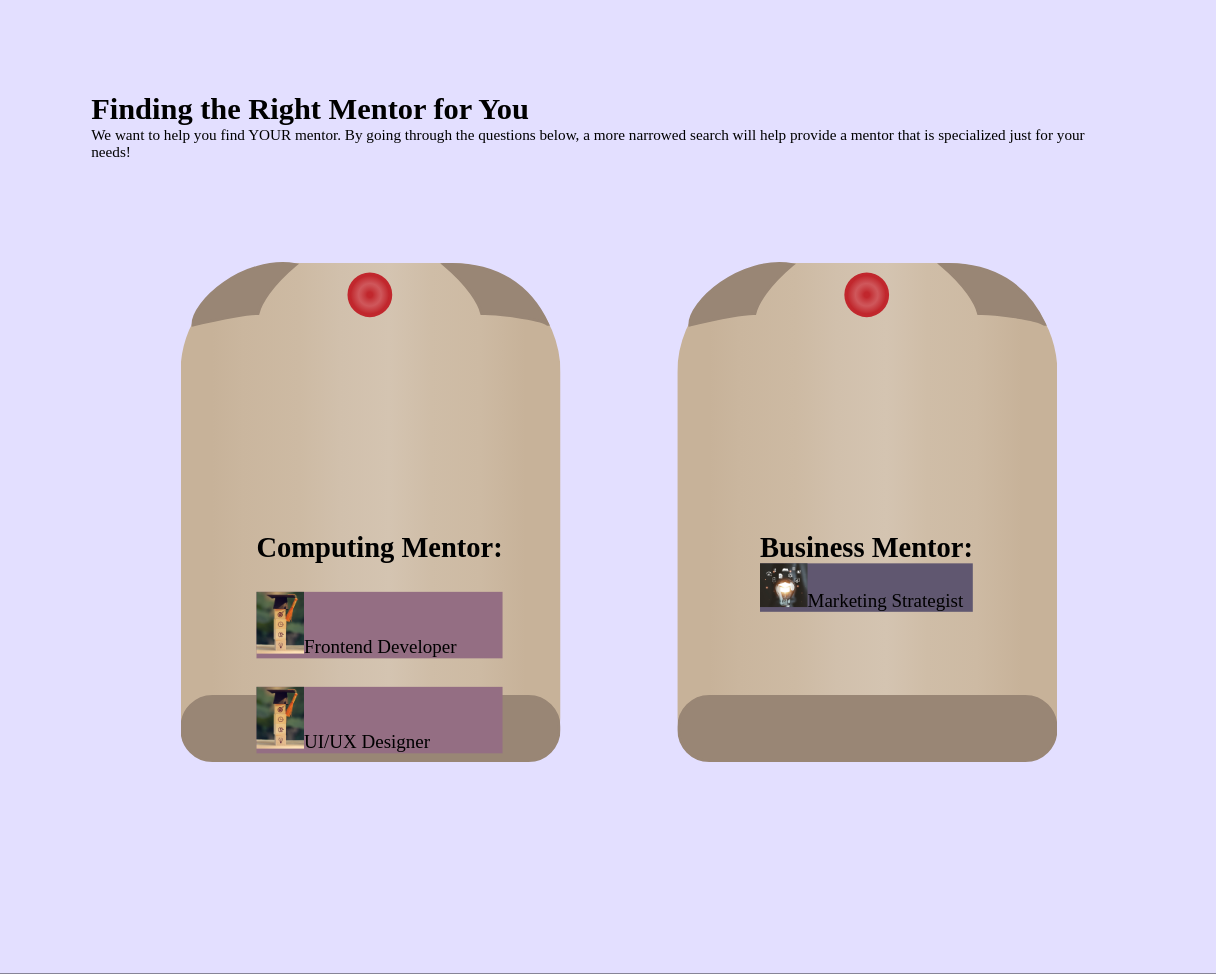
Repository: anikagrewal/week3example
Page: /about
An editor plug-in stored every save of this project. The page is shown before and after the next save, followed by the edit.
The browser window is 1280 px wide. The pictures show the whole page, at 95% of full size.
The project was rebuilt for these pictures with package versions that can differ from the ones it lists, and the page was loaded fresh each time. The framework's server and built-in components were replaced by stand-ins that run in the browser. Also part of the build but not shown: next.config.js.

Above is the page before, as saved 2023-01-23 14:27:09.

### pages/about.js
import Head from 'next/head'
import Image from 'next/image'
import { Inter } from '@next/font/google'
import styles from '@/styles/About.module.css'
import data from '../data/workplace.json'
import { useState } from 'react'
import CardEmployee from '../components/CardEmployee'

const inter = Inter({ subsets: ['latin'] })

console.log(data);
export default function About() {

    const [information, setInformation] = useState([...data])

    return (
        <>
        <Head>
        <title>About Page</title>
        <meta name="description" content="Generated by create next app" />
        <meta name="viewport" content="width=device-width, initial-scale=1" />
        <link rel="icon" href="/favicon.ico" />
      </Head>
      <main className={styles.main}>

      <header className={styles.headerstyle}>
        <h1>Finding the Right Mentor for You</h1>
        <p>We want to help you find YOUR mentor. By going through the questions below, a more narrowed search will help provide a mentor that is specialized just for your needs!</p>
      </header>


        <div className={styles.grid}>
        <div className={styles.gridlayout}>
        <div>
          <div className={styles.comlay}>
        <h2 className={styles.busdeg}>Computing Mentor: </h2>
        {information && information.map((info, index) => {
          if(info.graduate === "computing") {
            return (
              <div key={index}>
                <CardEmployee role={info.role} colour="#946E83" font="20px"/>
              </div>
            )
          }


        })}
       </div>

<div className={styles.buslay}>
        <div>
        <h2 className={styles.busdeg}>Business Mentor: </h2>
        {information && information.map((info, index) => {
          if(info.graduate === "business") {
            return (
              <div key={index}>
                <CardEmployee role={info.role} colour="#605770" font="20px"/>
              </div>
            )
          }


})}
</div>
</div>
</div>

<div className={styles.scrolls}>
<Image
className={styles.scrollone}
width={400}
height={600}
src={'vector/mentor.svg'}
/>
<Image
className={styles.scrolltwo}
width={400}
height={600}
src={'vector/mentor.svg'}
/>
</div>
</div>
</div>
</main>
</>
    )
}

### styles/globals.css
:root {
  --max-width: 1100px;
  --border-radius: 12px;
  --font-mono: ui-monospace, Menlo, Monaco, 'Cascadia Mono', 'Segoe UI Mono',
    'Roboto Mono', 'Oxygen Mono', 'Ubuntu Monospace', 'Source Code Pro',
    'Fira Mono', 'Droid Sans Mono', 'Courier New', monospace;

  --foreground-rgb: #E3DFFF;
  --background-start-rgb: #E3DFFF;
  --background-end-rgb: #E3DFFF;
  --background-body-color: #E3DFFF;

  --primary-glow: conic-gradient(
    from 180deg at 50% 50%,
    #16abff33 0deg,
    #0885ff33 55deg,
    #54d6ff33 120deg,
    #0071ff33 160deg,
    transparent 360deg
  );
  --secondary-glow: radial-gradient(
    rgba(#E3DFFF, 1),
    rgba(#E3DFFF, 0)
  );

  --tile-start-rgb: 239, 245, 249;
  --tile-end-rgb: 228, 232, 233;
  --tile-border: conic-gradient(
    #00000080,
    #00000040,
    #00000030,
    #00000020,
    #00000010,
    #00000010,
    #00000080
  );

  --callout-rgb: #E3DFFF;
  --callout-border-rgb: 172, 175, 176;
  --card-rgb: 180, 185, 188;
  --card-border-rgb: 131, 134, 135;
}

@media (prefers-color-scheme: light) {
  :root {
    --foreground-rgb: #E3DFFF;
    --background-start-rgb: 0, 0, 0;
    --background-end-rgb: 0, 0, 0;

    --primary-glow: radial-gradient(rgba(1, 65, 255, 0.4), rgba(1, 65, 255, 0));
    --secondary-glow: linear-gradient(
      to bottom right,
      rgba(1, 65, 255, 0),
      rgba(1, 65, 255, 0),
      rgba(1, 65, 255, 0.3)
    );

    --tile-start-rgb: 2, 13, 46;
    --tile-end-rgb: 2, 5, 19;
    --tile-border: conic-gradient(
      #ffffff80,
      #ffffff40,
      #ffffff30,
      #ffffff20,
      #ffffff10,
      #ffffff10,
      #ffffff80
    );

    --callout-rgb: 20, 20, 20;
    --callout-border-rgb: 108, 108, 108;
    --card-rgb: 100, 100, 100;
    --card-border-rgb: 200, 200, 200;
  }
}

* {
  box-sizing: border-box;
  padding: 0;
  margin: 0;
}

html,
body {
  max-width: 100vw;
  overflow-x: hidden;
}

body {
  color: rgb(var(--foreground-rgb));
  background: linear-gradient(
      to bottom,
      transparent,
      rgb(var(--background-end-rgb))
    )
    rgb(var(--background-start-rgb));
}

a {
  color: inherit;
  text-decoration: none;
}

@media (prefers-color-scheme: dark) {
  html {
    color-scheme: light;
  }
}

### styles/About.module.css
.main {
    display: flex;
    flex-direction: column;
    justify-content: space-between;
    align-items: center;
    padding: 6rem;
    min-height: 100vh;
    background-color: var(--background-body-color);
  }

  .description {
    display: inherit;
    justify-content: inherit;
    align-items: inherit;
    font-size: 0.85rem;
    max-width: var(--max-width);
    width: 100%;
    z-index: 2;
    font-family: var(--font-mono);
  }

  .description a {
    display: flex;
    justify-content: center;
    align-items: center;
    gap: 0.5rem;
  }

  .description p {
    position: relative;
    margin: 0;
    padding: 1rem;
    background-color: rgba(var(--callout-rgb), 0.5);
    border: 1px solid rgba(var(--callout-border-rgb), 0.3);
    border-radius: var(--border-radius);
  }

  .code {
    font-weight: 700;
    font-family: var(--font-mono);
  }

  .grid {
    display: grid;
    grid-template-columns: (4, minmax(25%, auto));
    width: var(--max-width);
    max-width: 100%;
    justify-content: center;
  }

  .gridlayout {
    display: flex;
    flex-direction: column;
   gap: 70px;
  }

  .card {
    padding: 1rem 1.2rem;
    border-radius: var(--border-radius);
    background: rgba(var(--card-rgb), 0);
    border: 1px solid rgba(var(--card-border-rgb), 0);
    transition: background 200ms, border 200ms;
  }

  .card span {
    display: inline-block;
    transition: transform 200ms;
  }

  .card h2 {
    font-weight: 600;
    margin-bottom: 0.7rem;
  }

  .card p {
    margin: 0;
    opacity: 0.6;
    font-size: 0.9rem;
    line-height: 1.5;
    max-width: 30ch;
  }


  .headerstyles {
    padding: 40%;
  }


  .busdeg {
    display: flex;
    justify-content: center;
  }

  .compdeg {
    display: flex;
    justify-content: center;
  }

  .button {
    width: 150px;
    height: 50px;
    border-radius: 5px;
    font-size: 20px;
  }

  .comlay {
    margin-top: 390px;
  margin-left: 80px;
  position: absolute;
  z-index: 4;
  font-size: 20px;
  }

  .comlay {
    display: flex;
    flex-direction: column;
    gap: 30px;
  }

  .buslay {
    margin-top: 390px;
  margin-left: 610px;
  position: absolute;
  z-index: 4;
  font-size: 20px;
  }

 .scrolls {
  display: flex;
  justify-content: center;
  flex-direction: row;
  gap: 100px;
 }

  .scrollone {
    display: flex;
    justify-content: center;
    align-items: center;
    position: relative;
    z-index: 1;
    margin-left: 2.5%;
    margin-bottom: 10%;

  }

  .scrolltwo {
    display: flex;
    justify-content: center;
    align-items: center;
    position: relative;
    z-index: 1;
    margin-left: 2.5%;
    margin-bottom: 10%;

  }

  /* Conic Gradient Animation */
  .thirteen::before {
    animation: 6s rotate linear infinite;
    width: 200%;
    height: 200%;
    background: var(--tile-border);
  }

  /* Inner Square */
  .thirteen::after {
    inset: 0;
    padding: 1px;
    border-radius: var(--border-radius);
    background: linear-gradient(
      to bottom right,
      rgba(var(--tile-start-rgb), 1),
      rgba(var(--tile-end-rgb), 1)
    );
    background-clip: content-box;
  }

  /* Enable hover only on non-touch devices */
  @media (hover: hover) and (pointer: fine) {
    .card:hover {
      background: rgba(var(--card-rgb), 0.1);
      border: 1px solid rgba(var(--card-border-rgb), 0.15);
    }

    .card:hover span {
      transform: translateX(4px);
    }
  }

  @media (prefers-reduced-motion) {
    .thirteen::before {
      animation: none;
    }

    .card:hover span {
      transform: none;
    }
  }

  /* Mobile */
  @media (max-width: 700px) {
    .content {
      padding: 4rem;
    }

    .grid {
      grid-template-columns: 1fr;
      margin-bottom: 120px;
      max-width: 320px;
      text-align: center;
    }

    .card {
      padding: 1rem 2.5rem;
    }

    .card h2 {
      margin-bottom: 0.5rem;
    }

    .center {
      padding: 8rem 0 6rem;
    }

    .center::before {
      transform: none;
      height: 300px;
    }

    .description {
      font-size: 0.8rem;
    }

    .description a {
      padding: 1rem;
    }

    .description p,
    .description div {
      display: flex;
      justify-content: center;
      position: fixed;
      width: 100%;
    }

    .description p {
      align-items: center;
      inset: 0 0 auto;
      padding: 2rem 1rem 1.4rem;
      border-radius: 0;
      border: none;
      border-bottom: 1px solid rgba(var(--callout-border-rgb), 0.25);
      background: linear-gradient(
        to bottom,
        rgba(var(--background-start-rgb), 1),
        rgba(var(--callout-rgb), 0.5)
      );
      background-clip: padding-box;
      backdrop-filter: blur(24px);
    }

    .description div {
      align-items: flex-end;
      pointer-events: none;
      inset: auto 0 0;
      padding: 2rem;
      height: 200px;
      background: linear-gradient(
        to bottom,
        transparent 0%,
        rgb(var(--background-end-rgb)) 40%
      );
      z-index: 1;
    }
  }

  /* Tablet and Smaller Desktop */
  @media (min-width: 701px) and (max-width: 1120px) {
    .grid {
      grid-template-columns: repeat(2, 50%);
    }
  }

  @media (prefers-color-scheme: dark) {
    .vercelLogo {
      filter: invert(1);
    }

    .logo,
    .thirteen img {
      filter: invert(1) drop-shadow(0 0 0.3rem #ffffff70);
    }
  }

  @keyframes rotate {
    from {
      transform: rotate(360deg);
    }
    to {
      transform: rotate(0deg);
    }
  }

### data/workplace.json
[
    {
    "employeeNumber": "E2345",
    "firstName": "Joe",
    "role": "Frontend Developer",
    "position": "Junior",
    "graduate": "computing",
    "startDate": 2021
},
{
    "employeeNumber": "E6789",
    "firstName": "Alice",
    "role": "UI/UX Designer",
    "position": "Junior",
    "graduate": "computing",
    "startDate": 2020
},
{
    "employeeNumber": "E1011",
    "firstName": "Jane",
    "role": "Marketing Strategist",
    "position": "Junior",
    "graduate": "business",
    "startDate": 2022
}
]

### components/CardEmployee/index.js
export default function CardEmployee({
    role = "none",
    colour = "purple",
    font = "0",
    image = "icon/business.png"
}) {
    return(
        <div style={{backgroundColor: colour, fontSize:font}}>
            {
                colour === "#946E83" ? <img src={'icon/business.jpeg'} width="50"/> :
                colour === "#605770" ? <img src={'icon/computing.jpeg'} width="50"/>:
                                     <img src={image} width="50"/>
            }
            {role}
        </div>
    )
}

Loaded but not shown: pages/_app.js (common file); pages/_document.js (common file)

After the next save:
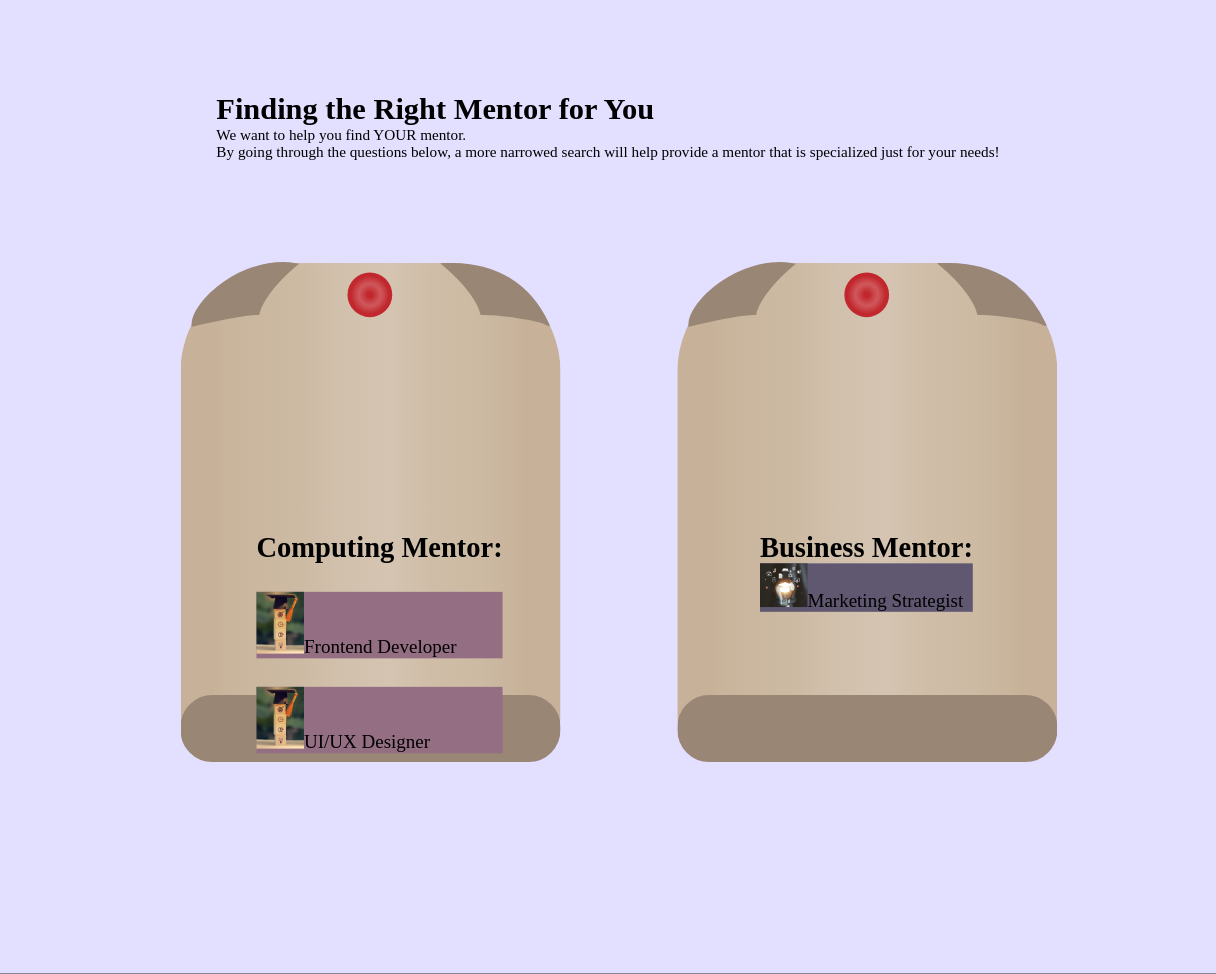
Saved 3 min 46 s later.
--- a/pages/about.js
+++ b/pages/about.js
@@ -25,7 +25,8 @@
 
       <header className={styles.headerstyle}>
         <h1>Finding the Right Mentor for You</h1>
-        <p>We want to help you find YOUR mentor. By going through the questions below, a more narrowed search will help provide a mentor that is specialized just for your needs!</p>
+        <p>We want to help you find YOUR mentor.</p>
+        <p>By going through the questions below, a more narrowed search will help provide a mentor that is specialized just for your needs!</p>
       </header>
 
 
